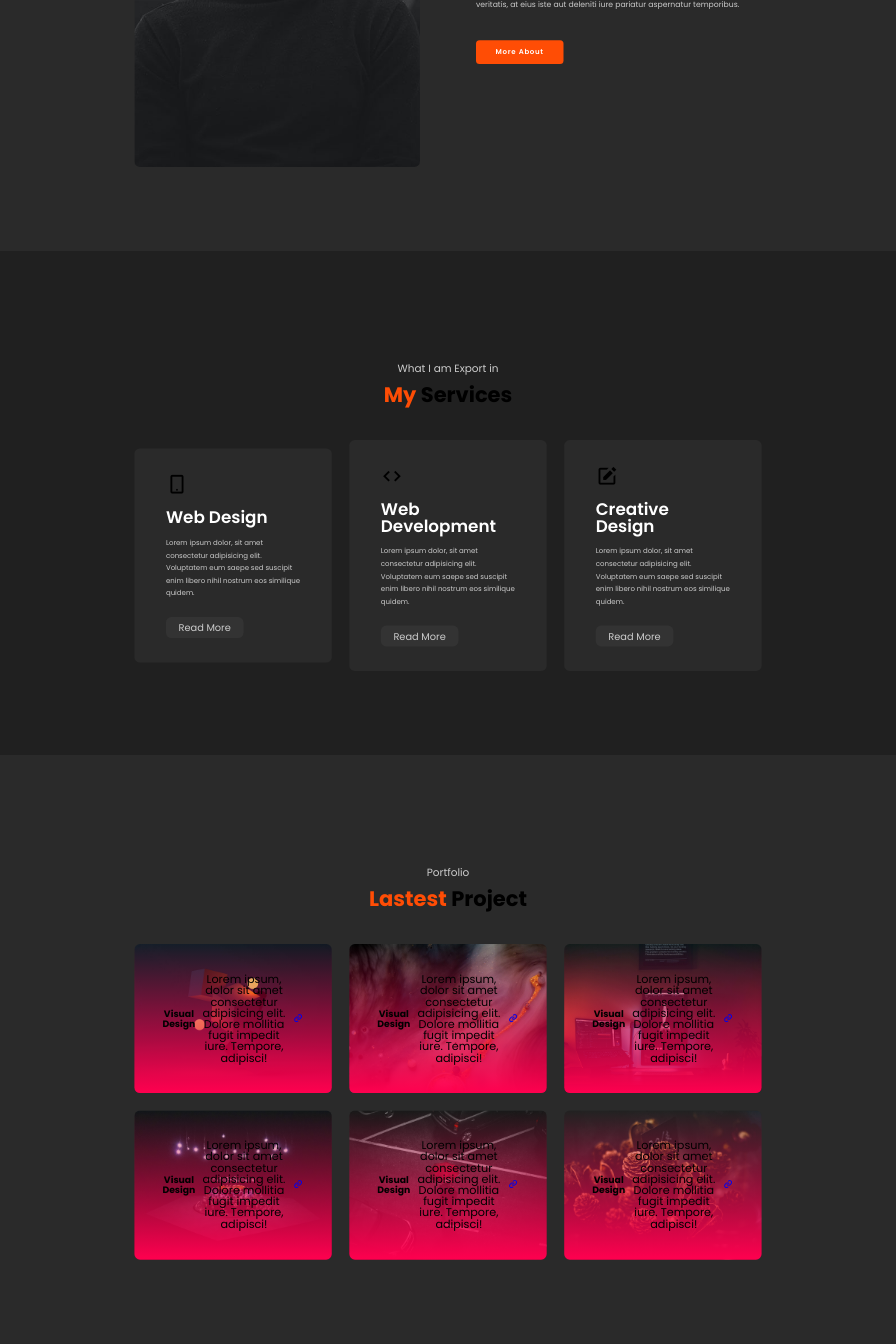
Repository: HungNg99/Protifolio2
Page: Portfolio/index.html
These files come from the project's save history. The page is drawn as it stood at one moment and after the next save; the edit follows.
The browser window is 1280 px wide. The pictures show the part of the page from y = 1311 to 3231 px (the page is 3231 px tall), at 70% of full size.

Above is the page before, as saved 2022-12-12 14:55:38.

### Portfolio/index.html
<!DOCTYPE html>
<html lang="en">

<head>
    <meta charset="UTF-8">
    <meta http-equiv="X-UA-Compatible" content="IE=edge">
    <meta name="viewport" content="width=device-width, initial-scale=1.0">
    <title>Portfolio</title>
    <link rel="stylesheet" href="./reset.css">
    <link rel="stylesheet" href="./style.css">
    <link rel="stylesheet" href="https://cdnjs.cloudflare.com/ajax/libs/font-awesome/6.2.1/css/all.min.css"
        integrity="sha512-MV7K8+y+gLIBoVD59lQIYicR65iaqukzvf/nwasF0nqhPay5w/9lJmVM2hMDcnK1OnMGCdVK+iQrJ7lzPJQd1w=="
        crossorigin="anonymous" referrerpolicy="no-referrer" />

        <link rel="stylesheet"
        href="https://unpkg.com/boxicons@latest/css/boxicons.min.css">

    <link
        href="https://fonts.googleapis.com/css2?family=Montserrat:wght@800&family=Poppins:ital,wght@0,300;0,400;0,600;0,700;1,600&family=Roboto:wght@300;500&display=swap"
        rel="stylesheet">
</head>

<body>
    <!-- header design-->
    <header>
        <a href="#" class="logo">Cod<span>e</span>r.</a>
        <ul class="nav-list">
            <li><a href="#home" class="nav-link active">
                    Home
                </a></li>
            <li><a href="#about" class="nav-link">
                    About Me
                </a></li>
            <li><a href="#services" class="nav-link">
                    Services
                </a></li>
            <li><a href="#portfolio" class="nav-link">
                    Portfolio
                </a></li>
            <li><a href="#contact" class="nav-link">
                    Contact Me
                </a></li>
        </ul>

        <div class="bx bx-menu" id="menu-icon">
        </div>
    </header>

    <!-- home section design -->
    <section class="home" id="home">
       <div class="home-text">
        <div class="slide">
            <span class="one">Hello</span>
            <span class="two">I'm</span>
        </div>
        <h1>Hung</h1>
        <h3>UI/UX <span>Designer.</span> </h3>
        <p>Lorem ipsum dolor sit amet consectetur adipisicing elit. Quidem fuga tempora reprehenderit ad distinctio commodi ullam suscipit delectus similique nemo.</p>
        <div class="button">
            <a href="#" class="btn">Say Hello</a>
            <a href="#" class="btn2"><span><i class='bx bx-play'></i>Watch My Work</span></a>
        </div>
       </div>
    </section>

    <!-- about section design -->
    <section class="about" id="about">
        <div class="about-img">
            <img src="./img/about.jpg" alt="">
        </div>
        <div class="about-text">
            <h2>About <span>Me</span></h2>
            <h4>Creative UI/UX <span>Designer!</span></h4>
            <p>Lorem ipsum dolor, sit amet consectetur adipisicing elit. Natus amet, animi voluptatem ex perferendis sed eos totam quos, quas molestiae veritatis, at eius iste aut deleniti iure pariatur aspernatur temporibus.</p>
            <a href="#" class="btn">More About</a>
        </div>
    </section>

    <!-- about section design -->
    <section class="services" id="services">
        <div class="main-text">
            <p>What I am Export in</p>
            <h2><span>My</span> Services</h2>
        </div>

        <div class="services-content">
            <div class="box">
                <div class="s-icons">
                    <i class='bx bx-mobile-alt'></i>
                </div>
                <h3>Web Design</h3>
                <p>Lorem ipsum dolor, sit amet consectetur adipisicing elit. Voluptatem eum saepe sed suscipit enim libero nihil nostrum eos similique quidem.</p>
                <a href="#" class="read">Read More</a>
            </div>
            <div class="box">
                <div class="s-icons">
                    <i class='bx bx-code'></i>
                </div>
                <h3>Web Development</h3>
                <p>Lorem ipsum dolor, sit amet consectetur adipisicing elit. Voluptatem eum saepe sed suscipit enim libero nihil nostrum eos similique quidem.</p>
                <a href="#" class="read">Read More</a>
            </div>
            <div class="box">
                <div class="s-icons">
                    <i class='bx bxs-edit'></i>
                </div>
                <h3>Creative Design</h3>
                <p>Lorem ipsum dolor, sit amet consectetur adipisicing elit. Voluptatem eum saepe sed suscipit enim libero nihil nostrum eos similique quidem.</p>
                <a href="#" class="read">Read More</a>
            </div>
        </div>
    </section>

    <!-- portfolio section design -->
    <section class="portfolio" id="portfolio">
        <div class="main-text">
            <p>Portfolio</p>
            <h2><span>Lastest</span> Project</h2>
        </div>
        <div class="portfolio-content">
            <div class="row">
                <img src="./img/portfolio1.jpg" alt="">
                <div class="layer">
                    <h5>Visual Design</h5>
                    <p>Lorem ipsum, dolor sit amet consectetur adipisicing elit. Dolore mollitia fugit impedit iure. Tempore, adipisci!</p>
                    <a href="#"><i class='bx bx-link'></i></a>
                </div>
            </div>
            <div class="row">
                <img src="./img/portfolio2.jpg" alt="">
                <div class="layer">
                    <h5>Visual Design</h5>
                    <p>Lorem ipsum, dolor sit amet consectetur adipisicing elit. Dolore mollitia fugit impedit iure. Tempore, adipisci!</p>
                    <a href="#"><i class='bx bx-link'></i></a>
                </div>
            </div>
            <div class="row">
                <img src="./img/portfolio3.jpg" alt="">
                <div class="layer">
                    <h5>Visual Design</h5>
                    <p>Lorem ipsum, dolor sit amet consectetur adipisicing elit. Dolore mollitia fugit impedit iure. Tempore, adipisci!</p>
                    <a href="#"><i class='bx bx-link'></i></a>
                </div>
            </div>
            <div class="row">
                <img src="./img/portfolio4.jpg" alt="">
                <div class="layer">
                    <h5>Visual Design</h5>
                    <p>Lorem ipsum, dolor sit amet consectetur adipisicing elit. Dolore mollitia fugit impedit iure. Tempore, adipisci!</p>
                    <a href="#"><i class='bx bx-link'></i></a>
                </div>
            </div>
            <div class="row">
                <img src="./img/portfolio5.jpg" alt="">
                <div class="layer">
                    <h5>Visual Design</h5>
                    <p>Lorem ipsum, dolor sit amet consectetur adipisicing elit. Dolore mollitia fugit impedit iure. Tempore, adipisci!</p>
                    <a href="#"><i class='bx bx-link'></i></a>
                </div>
            </div>
            <div class="row">
                <img src="./img/portfolio6.jpg" alt="">
                <div class="layer">
                    <h5>Visual Design</h5>
                    <p>Lorem ipsum, dolor sit amet consectetur adipisicing elit. Dolore mollitia fugit impedit iure. Tempore, adipisci!</p>
                    <a href="#"><i class='bx bx-link'></i></a>
                </div>
            </div>
        </div>
    </section>
    <script src="./scripts.js"></script>
</body>

</html>

### Portfolio/reset.css
html {
    box-sizing: border-box;
  }
  * {
    margin: 0;
    padding: 0;
  }
  *,
  *:before,
  *:after {
    box-sizing: border-box;
  }
  input,
  textarea,
  select,
  button {
    outline: none;
  }
  input {
    line-height: normal;
  }
  label,
  button {
    cursor: pointer;
  }
  a {
    text-decoration: none;
  }
  img {
    display: block;
    max-width: 100%;
  }
  *,
  *:before,
  *:after {
    box-sizing: border-box;
  }
  /* using rem unit */
  html {
    font-size: 62.5%;
  }
  a {
    text-decoration: none;
  }
  img {
    display: block;
    max-width: 100%;
  }
  body {
    font-family: "Poppins", sans-serif;
    font-size: 16px;
    line-height: 1;
    list-style: none;
    scroll-behavior: smooth;
    /* height: 200vh; */
  }

### Portfolio/style.css
body{
    background-color: var(--bg-color);
}
:root {
    --bg-color: #2a2a2a;
    --second-bg-color: #202020;
    --text-color: #fff;
    --second-color: #ccc;
    --main-color: #ff4d05;
    --big-font: 5rem;
    --h2-font: 3rem;
    --p-font: 1.1rem;
}

header {
    position: fixed;
    width: 100%;
    top: 0;
    right: 0;
    z-index: 1000;
    background: transparent;
    padding: 22px 15%;
    border-bottom: 1px solid transparent;
    transition: all 0.45s ease;
    display: flex;
    justify-content: space-between;
    align-items: center;
}

.logo {
    color: var(--text-color);
    font-size: 35px;
    font-weight: 700;
    letter-spacing: 1px;
}

span {
    color: var(--main-color);
}

.nav-list {
    display: flex;
    list-style: none;
}

.nav-list .nav-link {
    color: var(--second-color);
    margin: 0 15px;
    font-size: 17px;
    font-weight: 500;
    transition: all 0.45s ease;
}

.nav-list .nav-link:hover {
    color: var(--main-color);
}

.nav-list .nav-link.active {
    color: var(--main-color);
}

#menu-icon {
    color: var(--text-color);
    font-size: 35px;
    z-index: 10001;
    cursor: pointer;
    margin-left: 25px;
    display: none;

}

section {
    padding: 160px 15% 120px;
}

.home {
    position: relative;
    background-image: url(./img/background.jpg);
    background-repeat: no-repeat;
    background-position: center;
    background-size: cover;
    height: 120vh;
    width: 100%;
    display: flex;
    align-items: center;
    justify-content: flex-start;
}

.slide {
    margin-bottom: 30px;
}

.one {
    display: inline-block;
    margin-right: 15px;
    height: 32px;
    padding: 0 15px;
    line-height: 32px;
    font-size: 20px;
    font-weight: 500;
    border-radius: 5px;
    background-color: var(--main-color);
    color: var(--text-color);
}

.two {
    display: inline-block;
    color: var(--second-color);
    font-size: 20px;
    font-weight: 500;
}
.home-text h1 {
    font-size: var(--big-font);
    font-weight: 700;
    color: var(--text-color);
    line-height:1.1;
    margin: 0 0 8px;
}
.home-text h3{
    color: var(--text-color);
    margin: 0 0 35px;
    font-size: 3rem;
    font-weight: 700;
    line-height:1.1;
}
.home-text p{
    color: var(--text-color);
    font-size: var(--p-font);
    line-height:1.8;
    margin-bottom: 40px;
}
.button{
    display:flex;
    align-items: center;
    justify-content: flex-start;
}
.btn{
    display: inline-block;
    padding: 12px 28px;
    background: var(--main-color);
    border-radius: 5px;
    color: var(--text-color);
    font-size:1rem;
    letter-spacing: 1px;
    font-weight: 600;
    transition: all 0.45s ease;
}
.btn:hover{
    transform: scale(1.1);
}
.btn2{
    display: inline-flex;
    align-items: center;
    justify-content: center;
    font-size: 15px;
    font-weight:600;
    color: var(--text-color);
    margin-left: 35px;
}
.btn2 span{
    display: inline-flex;
    align-items: center;
    justify-content: center;
}
.btn2 span i{
    margin-right: 12px;
    height: 50px;
    width: 50px;
    border-radius: 50%;
    display: flex;
    align-items: center;
    justify-content: center;
    transition: all 0.45s ease;
    background-color: var(--main-color);
    color: var(--text-color);
}
.btn2 span i:hover{
    transform: scale(1.1);
}
header.sticky{
    background-color: var(--bg-color);
    border-bottom: 1px solid #ffffff1a;
    padding: 12px 15%;
}

.about{
    display: grid;
    grid-template-columns: repeat(2,1fr);
    align-items: center;
    gap: 8rem;
}


.about-img img{
  max-width: 530px;
  height: auto;
  width: 100%;
  border-radius: 8px;
}
.about-text span {
    color: var(--main-color);
}
.about-text h2{
  font-size: var(--h2-font);
  line-height:1;
  color: var(--text-color);
}
.about-text h4{
   font-size: 24px;
   font-weight:600;
   color: var(--text-color);
   line-height:1;
   margin: 15px 0px 30px;
}
.about-text p {
   color: var(--second-color);
   font-size: var(--p-font);
   line-height:1.8;
   margin-bottom: 4rem;
}
.services{

    background-color: var(--second-bg-color);
}
.main-text{
    text-align: center;
}
.main-text p{
    color: var(--second-color);
    font-size: 15px;
    margin-bottom: 15px;
}
.main-text h2{
    font-size:var(--h2-font);
    line-height:1;
}
.services-content{
    display: grid;
    grid-template-columns: repeat(3,1fr);
    align-items: center;
    gap: 2.5rem;
    margin-top: 5rem;
}
.box{
    background-color: var(--bg-color);
    border-radius:8px;
    padding: 35px 45px;
    transition: all 0.45s ease;
}
.s-icons i{
    font-size:32px;
    margin-bottom: 20px;
}
.box h3{
    font-size:24px;
    font-weight:600;
    color: var(--text-color);
    margin-bottom: 15px;
}
.box p{
    font-size:1rem;
    line-height:1.8;
    color: var(--second-color);
    margin-bottom: 25px;
}
.read{
    display: inline-block;
    padding: 8px 18px;
    background: #333333;
    color: var(--second-color);
    font-size:14px;
    font-weight:500;
    border-radius:8px;
    transition: all 0.45s ease;
}
.read:hover{
    letter-spacing: 1px;
    background-color: #ffffff99;
    color: var(--text-color);
}
.box:hover{
    transform: translateY(-8px);
    cursor: pointer;
}
.portfolio-content{
    display: grid;
    grid-template-columns: repeat(3,1fr);
    gap: 2.5rem;
    margin-top: 5rem;
    align-items: center;
}
.row{
    position: relative;
    overflow: hide;
    border-radius: 8px;
    cursor: pointer;
}
.row img{
    width: 100%;
    border-radius: 8px;
    display: block;
    transition: transform 0.45s;
}
.layer{
    width: 100%;
    height: 100%;
    background: linear-gradient(rgba(0,0,0,0.1),#ff004f);
    position: absolute;
    border-radius: 8px;
    left: 0;
    bottom: 0;
    overflow: hidden;
    display: flex;
    align-items: center;
    justify-content:center;
    text-align: center;
    padding: 0px 40px;
    transition: height 0.45s;


}

Loaded but not shown: Portfolio/scripts.js (no copy from this time; the picture is the same without it)

After the next save:
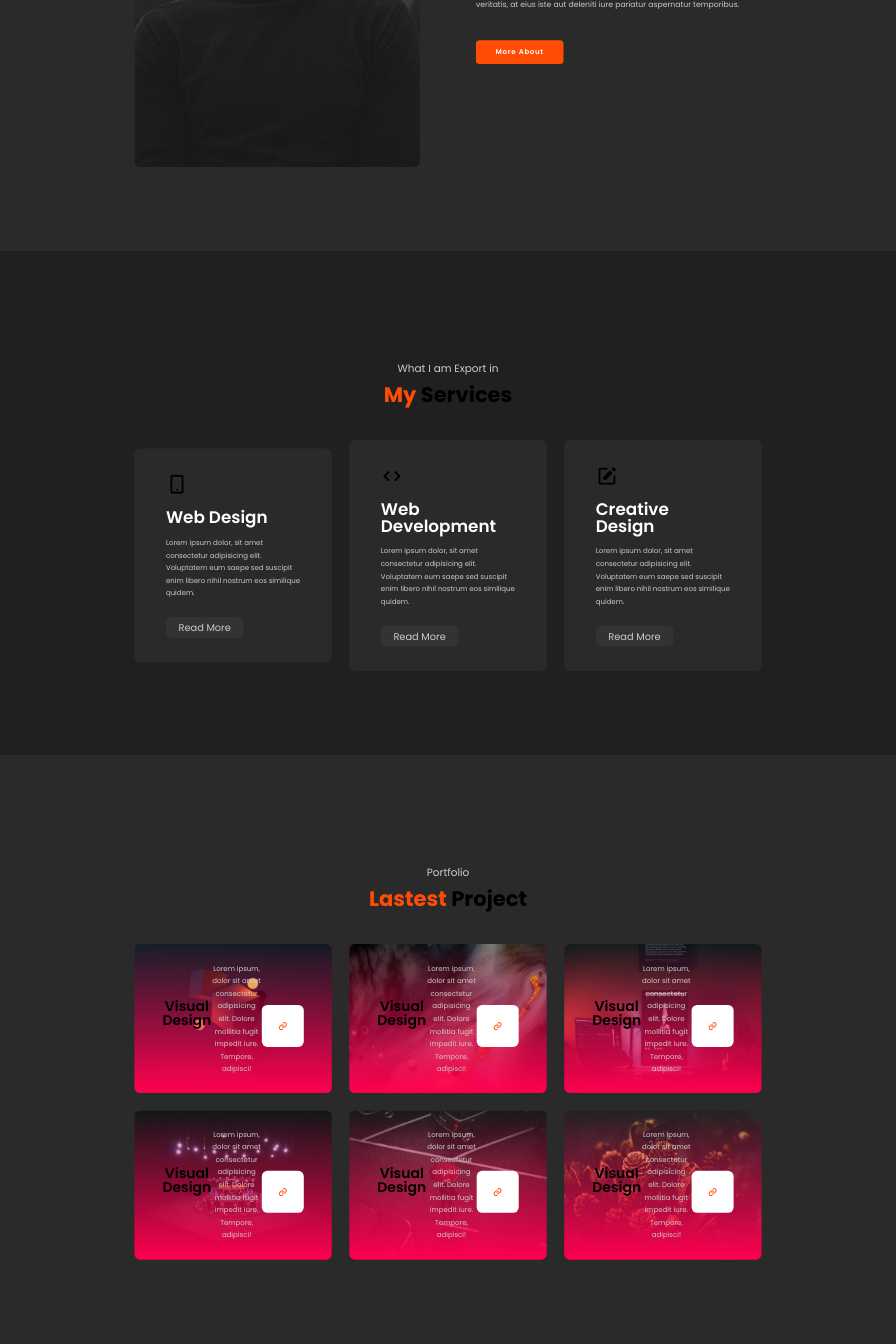
Saved 4 min 39 s later.
--- a/Portfolio/style.css
+++ b/Portfolio/style.css
@@ -316,6 +316,25 @@ header.sticky{
     text-align: center;
     padding: 0px 40px;
     transition: height 0.45s;
-
-
-}
+}
+.layer h5{
+    font-size: 20px;
+    font-weight:600;
+    margin-bottom: 15px;
+}
+.layer p{
+    color: var(--second-color);
+    font-size:1rem;
+    line-height:1.8;
+}
+.layer i{
+    color: var(--main-color);
+    margin-top: 20px;
+    background-color: var(--text-color);
+    display:flex;
+    justify-content: center;
+    align-items: center;
+    width: 60px;
+    height: 60px;
+    border-radius: 8px;
+}
